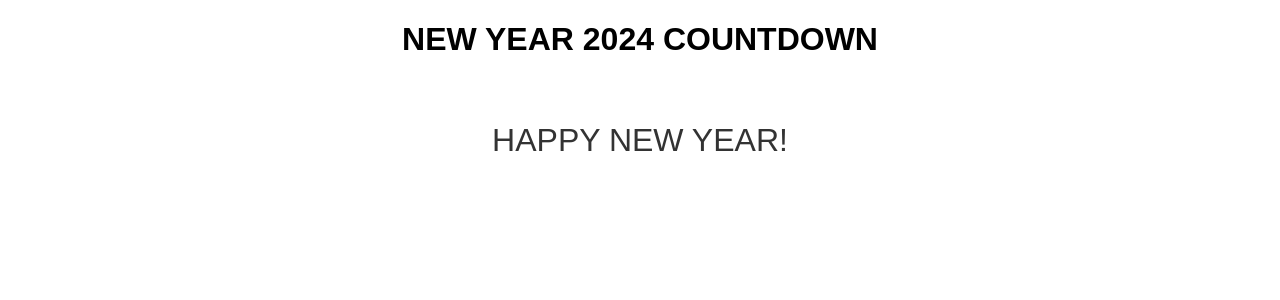
Repository: end888160/end888160.github.io
Page: countdown_legacy.html
The author's editor kept a copy of each file at every save. The page is drawn from the files as they stood at one save, then again after the next save.
The browser window is 1280 px wide. The pictures show the whole page.

Above is the page before, as saved 2024-09-22 10:01:49.
Console error: TypeError: countdown is not a function

### countdown_legacy.html
<!DOCTYPE html>
<html lang="en">
<head>
	<meta charset="UTF-8">
	<meta name="viewport" content="width=device-width, initial-scale=1.0">
	<meta name="description" content="Let's celebrate the New Year!">
	<title>Countdown</title>
	<style>
	#countdown {
		display: flex;
		justify-content: center;
		align-items: center;
		font-family: Arial, Helvetica, sans-serif;
		font-size: xx-large;
		margin-top: 5%;
		color: #333;
	}

	.countdown-item {
		margin: 0 10px;
		text-align: center;
	}

	.countdown-value {
		font-size: 2em;
		font-weight: bold;
	}

	.countdown-label {
		font-size: 0.8em;
		color: #777;
	}
	table, td {
		align-items: center;
		text-align: center;
		justify-content: center;
		padding-left: 20px;
		padding-right: 20px;
	}
	h1,h2 {
		text-align: center;
		font-family: Arial, Helvetica, sans-serif;
		font-size: xx-large;
	}
	@media (prefers-color-scheme: light) {
		html {
			background-color: white;
			color: black;
		}
		h2 {
			color:white;
		}
	}
	@media (prefers-color-scheme: dark) {
		.countdown-item {
			color: #bbb
		}
		h2 {
			color:black;
		}
		html {
			background-color: black;
			color: white;
		}
	}

	</style>
</head>
<body>
	<h1 id="header"></h1>
	<div id="countdown">
	<table class="countdown-item">
	<tr>
		<td><span class="countdown-value" id="days"></span></td>
		<td><span class="countdown-value" id="hours"></span></td>
		<td><span class="countdown-value" id="minutes"></span></td>
		<td><span class="countdown-value" id="seconds"></span></td>
		<td><span class="countdown-value" id="mseconds"></span><span class="countdown-label"></span></td>
	</tr>
		<td><span class="countdown-label">Days</span></td>
		<td><span class="countdown-label">Hours</span></td>
		<td><span class="countdown-label">Minutes</span></td>
		<td><span class="countdown-label">Seconds</span></td>
		<td></td>
</table>
</div>

<script>

// Update the count down every 1 second]
if ( new Date().getMonth() + 1 === 1 )  {
    var IfMonth = true
} else {
	var IfMonth = "false"
}
if ( new Date().getDate() === 1 )  {
    var IfDate = true
} else {
	var IfMonth = "false"
}
if ( IfMonth === IfDate ) {
    var countDownTarget = new Date().getFullYear();
} else {
	var countDownTarget = new Date().getFullYear() + 1;
}


var x = setInterval(function countdown() {

	// Set the date we're counting down to
	var countDownDate = new Date("Jan 1, " + countDownTarget + " 00:00:00").getTime();


	// Get today's date and time
	var now = new Date().getTime();

	// Find the distance between now and the count down date
	var distance = countDownDate - now;

	// Time calculations for days, hours, minutes and seconds
	var days = Math.floor(distance / (1000 * 60 * 60 * 24));
	var hours = Math.floor((distance % (1000 * 60 * 60 * 24)) / (1000 * 60 * 60));
	var hour = hours < 10 ? "0" + hours : hours;
	var minutes = Math.floor((distance % (1000 * 60 * 60)) / (1000 * 60));
	var minute = minutes < 10 ? "0" + minutes : minutes;
	var seconds = Math.floor((distance % (1000 * 60)) / 1000);
	var second = seconds < 10 ? "0" + seconds : seconds;
	var mseconds = Math.floor(distance % 1000);
	var msecond = mseconds < 10 ? "0" + "0" + mseconds : mseconds < 100 ? "0" + mseconds : mseconds;

	// Display the result in the element with id="countdown"
	document.getElementById("days").innerHTML = days;
	document.getElementById("hours").innerHTML = hour;
	document.getElementById("minutes").innerHTML = minute;
	document.getElementById("seconds").innerHTML = second;
	document.getElementById("mseconds").innerHTML = msecond;
	document.getElementById("header").innerHTML = "NEW YEAR " + countDownTarget + " COUNTDOWN"


	// If the count down is finished, write some text
	if (distance < 0) {
		clearInterval(x);
		document.getElementById("countdown").innerHTML = "HAPPY NEW YEAR!";
	}
	setTimeout(countdown, 1);
}, 0);
document.title = "Countdown to " + countDownTarget;
countdown()
</script>
</body>
</html>

After the next save:
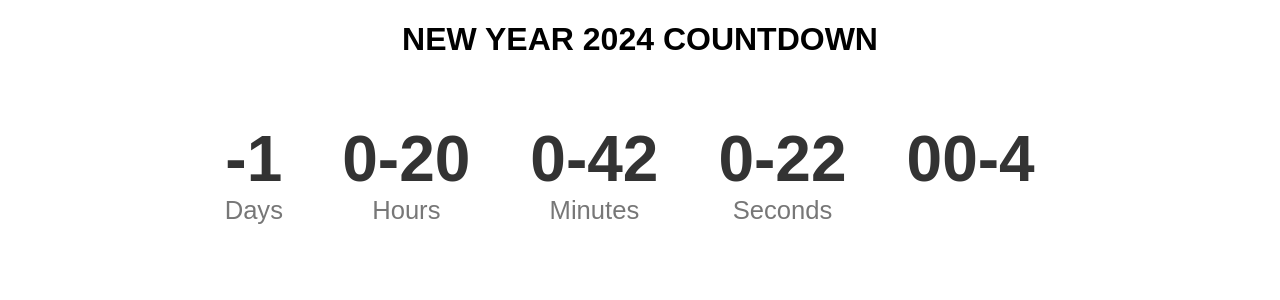
Console error: ReferenceError: countdown is not defined
Saved 70 s later.
--- a/countdown_legacy.html
+++ b/countdown_legacy.html
@@ -6,10 +6,11 @@
 	<meta name="description" content="Let's celebrate the New Year!">
 	<title>Countdown</title>
 	<style>
-	#countdown {
+	.countdown {
 		display: flex;
 		justify-content: center;
 		align-items: center;
+		text-align: center;
 		font-family: Arial, Helvetica, sans-serif;
 		font-size: xx-large;
 		margin-top: 5%;
@@ -19,29 +20,29 @@
 	.countdown-item {
 		margin: 0 10px;
 		text-align: center;
+
 	}
 
 	.countdown-value {
 		font-size: 2em;
 		font-weight: bold;
+		padding-left: 20px;
+		padding-right: 20px;
+
 	}
 
 	.countdown-label {
 		font-size: 0.8em;
+
 		color: #777;
 	}
-	table, td {
-		align-items: center;
-		text-align: center;
-		justify-content: center;
-		padding-left: 20px;
-		padding-right: 20px;
-	}
-	h1,h2 {
+	h1 {
 		text-align: center;
 		font-family: Arial, Helvetica, sans-serif;
 		font-size: xx-large;
+
 	}
+
 	@media (prefers-color-scheme: light) {
 		html {
 			background-color: white;
@@ -63,27 +64,46 @@
 			color: white;
 		}
 	}
+	@media only screen and (orientation: portrait) {
+		.countdown {
+			display: block;
+		}
+		.countdown-value {
+			padding-top: 3px;
 
+		}
+		h1 {
+			font-size: x-large;
+		}
+	}
 	</style>
 </head>
 <body>
 	<h1 id="header"></h1>
-	<div id="countdown">
-	<table class="countdown-item">
-	<tr>
-		<td><span class="countdown-value" id="days"></span></td>
-		<td><span class="countdown-value" id="hours"></span></td>
-		<td><span class="countdown-value" id="minutes"></span></td>
-		<td><span class="countdown-value" id="seconds"></span></td>
-		<td><span class="countdown-value" id="mseconds"></span><span class="countdown-label"></span></td>
-	</tr>
-		<td><span class="countdown-label">Days</span></td>
-		<td><span class="countdown-label">Hours</span></td>
-		<td><span class="countdown-label">Minutes</span></td>
-		<td><span class="countdown-label">Seconds</span></td>
-		<td></td>
-</table>
-</div>
+	<div class="countdown">
+		<div class="countdown-item">
+			<div class="countdown-value" id="days"></div>
+			<div class="countdown-label">Days</div>
+		</div>
+		<div class="countdown-item">
+			<div class="countdown-value" id="hours"></div>
+			<div class="countdown-label">Hours</div>
+		</div>
+		<div class="countdown-item">
+			<div class="countdown-value" id="minutes"></div>
+			<div class="countdown-label">Minutes</div>
+		</div>
+		<div class="countdown-item">
+			<div class="countdown-value" id="seconds"></div>
+			<div class="countdown-label">Seconds</div>
+		</div>
+		<div class="countdown-item">
+			<div class="countdown-value" id="mseconds"></div>
+			<div class="countdown-label"><br></div>
+		</div>
+		<div class="countdown-item">
+		</div>
+	</div>
 
 <script>
 
